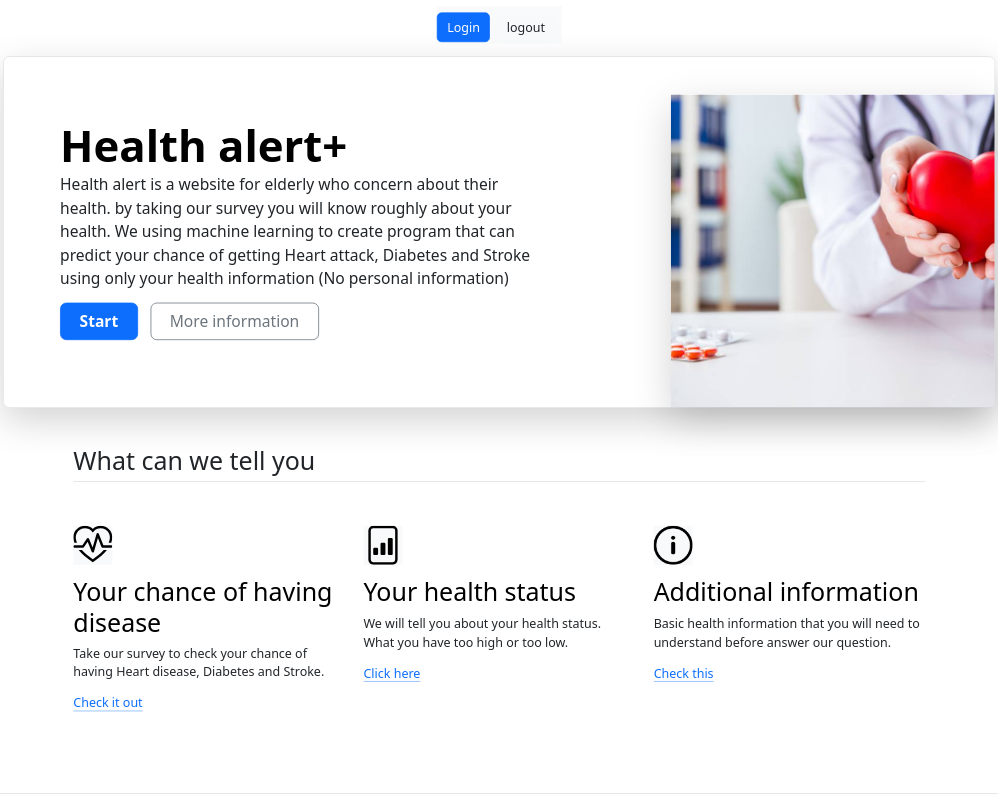
Repository: aneforollll/webapp
Page: http://localhost/index.php
The author's editor kept a copy of each file at every save. The page is drawn from the files as they stood at one save, then again after the next save.
The browser window is 1280 px wide. The page is 1280 px wide, then 1292 px, so the pictures cover 1292 px, including what lies to the right of the window. The pictures show the whole page, at 78% of full size.
The page is run by PHP 8.4 with error messages shown; the project is at /var/www/html/.

Above is the page before, as saved 2024-01-15 10:40:51.

After the next save:
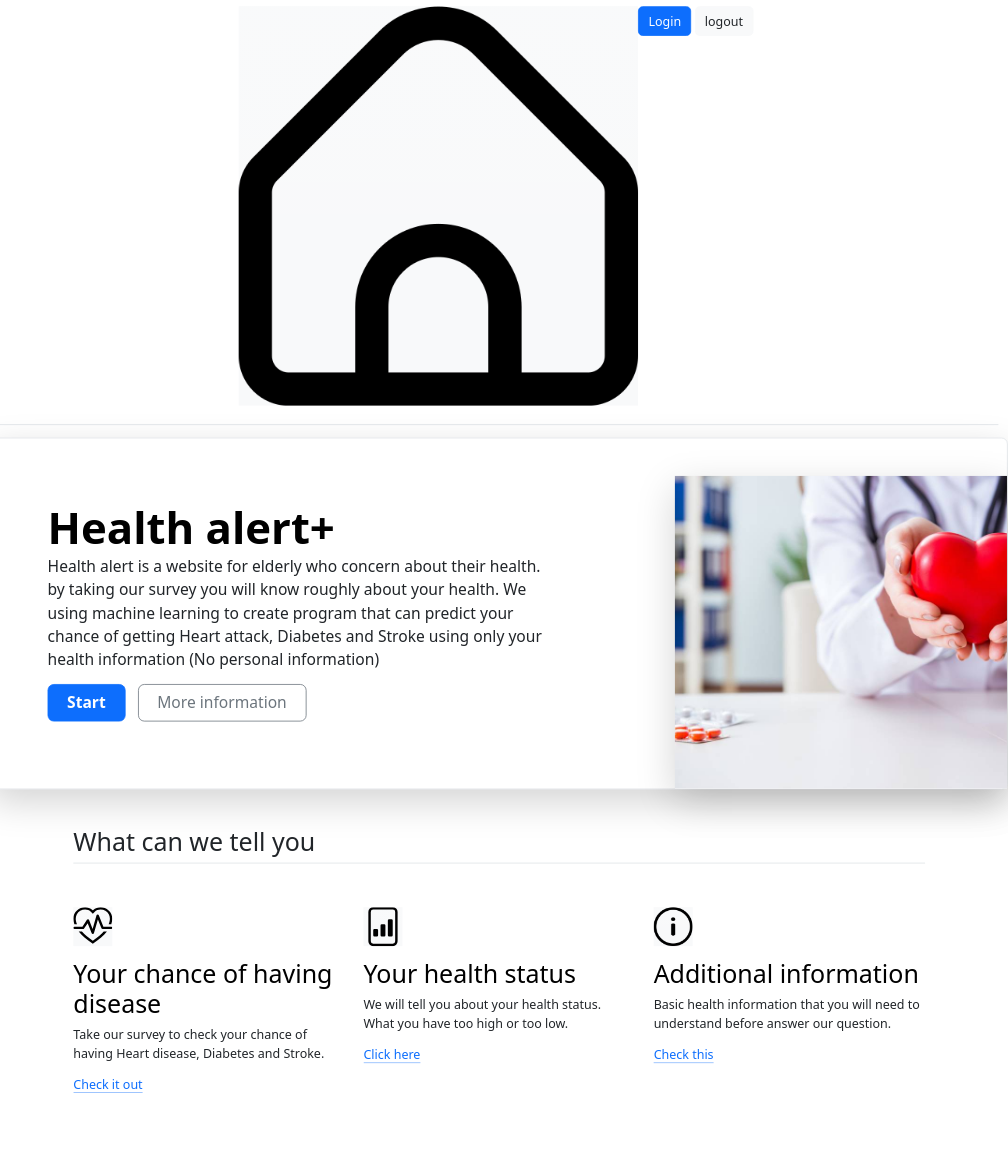
Saved 28 s later.
--- a/index.php
+++ b/index.php
@@ -11,7 +11,7 @@
   <div class="px-3 py-2 border-bottom mb-3">
       <div class="container d-flex flex-wrap justify-content-center">
       <div class="feature-icon d-inline-flex align-items-center justify-content-center text-bg-light bg-gradient fs-2 mb-3">
-          <img
+          <img src="images/home.png">
       </div>
         <div class="text-end">
           <button type="button" class="btn btn-primary">Login</button>
